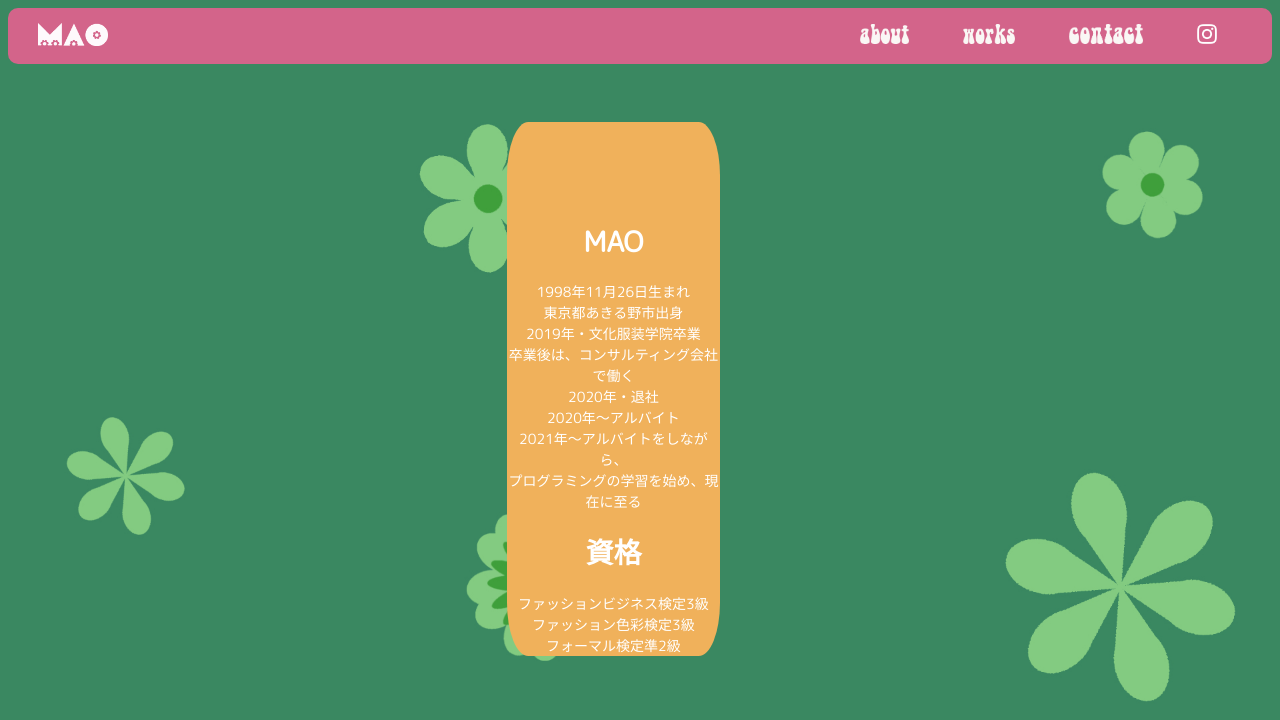
Repository: HarashimaMao/portfolio
Page: about.html
The author's editor kept a record of every edit. The page is drawn from the files as they stood at one moment, then again after the next edit.
The browser window is 1280 px wide. The pictures show the whole page.

Above is the page before.

After the next edit:
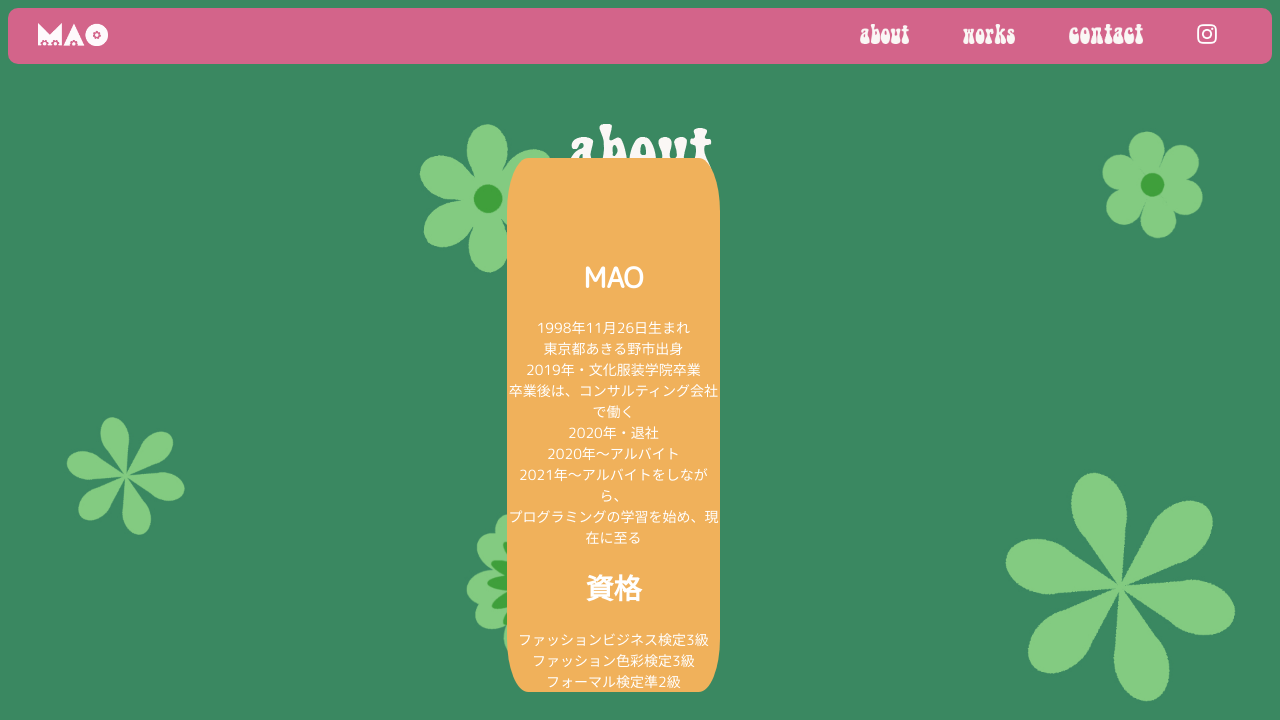
The edit:
--- a/about.html
+++ b/about.html
@@ -50,7 +50,7 @@
               font-size: 14px;
               margin: 0;
               position: absolute;
-              top: 55%;
+              top: 60%;
               left: 50%;
               margin-right: -50%;
               transform: translate(-50%,-50%)
